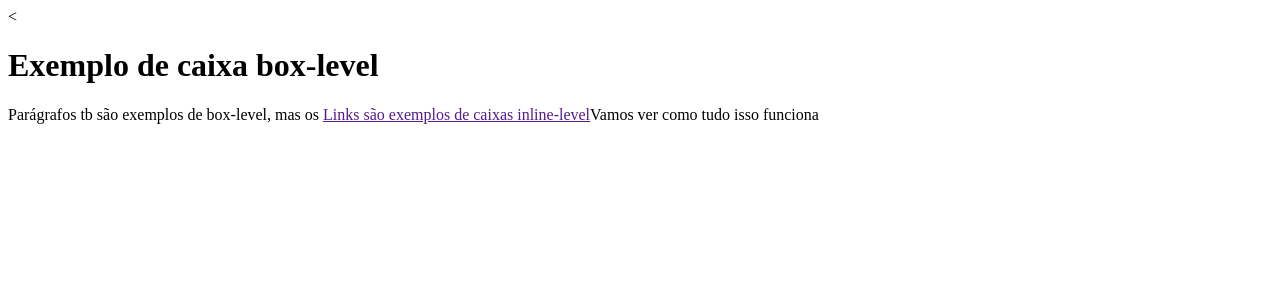
Repository: DorivalJunior14/exercicios
Page: ex.caixas.html/ex.caixas.html
These files come from the project's save history. The page is drawn as it stood at one moment and after the next save; the edit follows.
The browser window is 1280 px wide. The pictures show the whole page.

Above is the page before, as saved 2021-05-12 15:59:35.

After the next save:
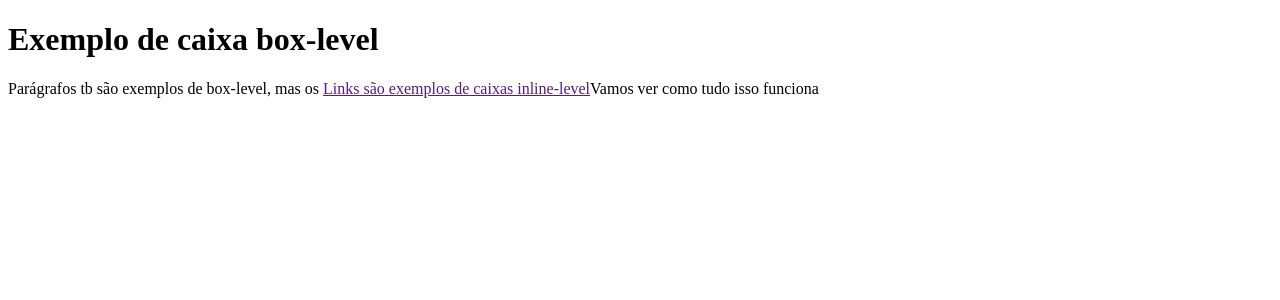
Saved 6 s later.
--- a/ex.caixas.html/ex.caixas.html
+++ b/ex.caixas.html/ex.caixas.html
@@ -5,7 +5,7 @@
     <meta name="viewport" content="width=device-width, initial-scale=1.0">
     <title>Modelos de Caixas</title>
 </head>
-<<body>
+<body>
 
     <h1>Exemplo de caixa box-level</h1>
     <p>Parágrafos tb são exemplos de box-level, mas os <a href="">Links são exemplos de caixas inline-level</a>Vamos ver como tudo isso funciona</p>
